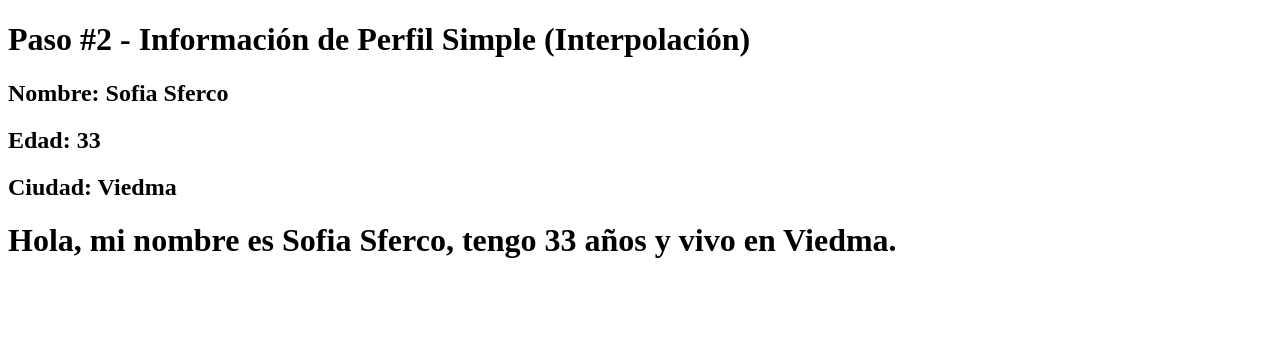
Repository: SofiaSferco/PWA-2026
Page: practico01/index.html
An editor plug-in stored every save of this project. The page is shown before and after the next save, followed by the edit.
The browser window is 1280 px wide. The pictures show the whole page.

Above is the page before, as saved 2026-09-10 00:20:33.

After the next save:
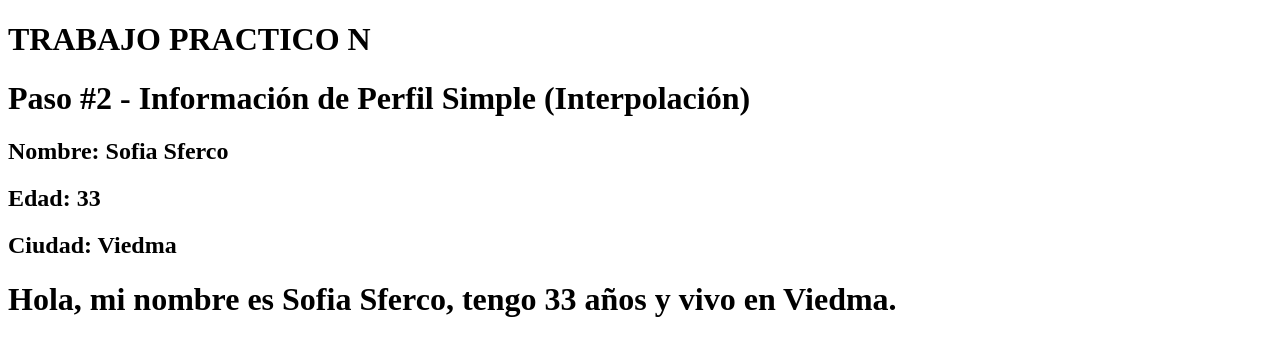
Saved 10 s later.
--- a/practico01/index.html
+++ b/practico01/index.html
@@ -8,7 +8,7 @@
 <body>
     <div id="app">
         <p>
-            <h1></h1>
+            <h1>TRABAJO PRACTICO N</h1>
         </p>
         <h1>Paso #2 - Información de Perfil Simple (Interpolación)</h1>
         <h2>Nombre: {{nombre}}</h2>
